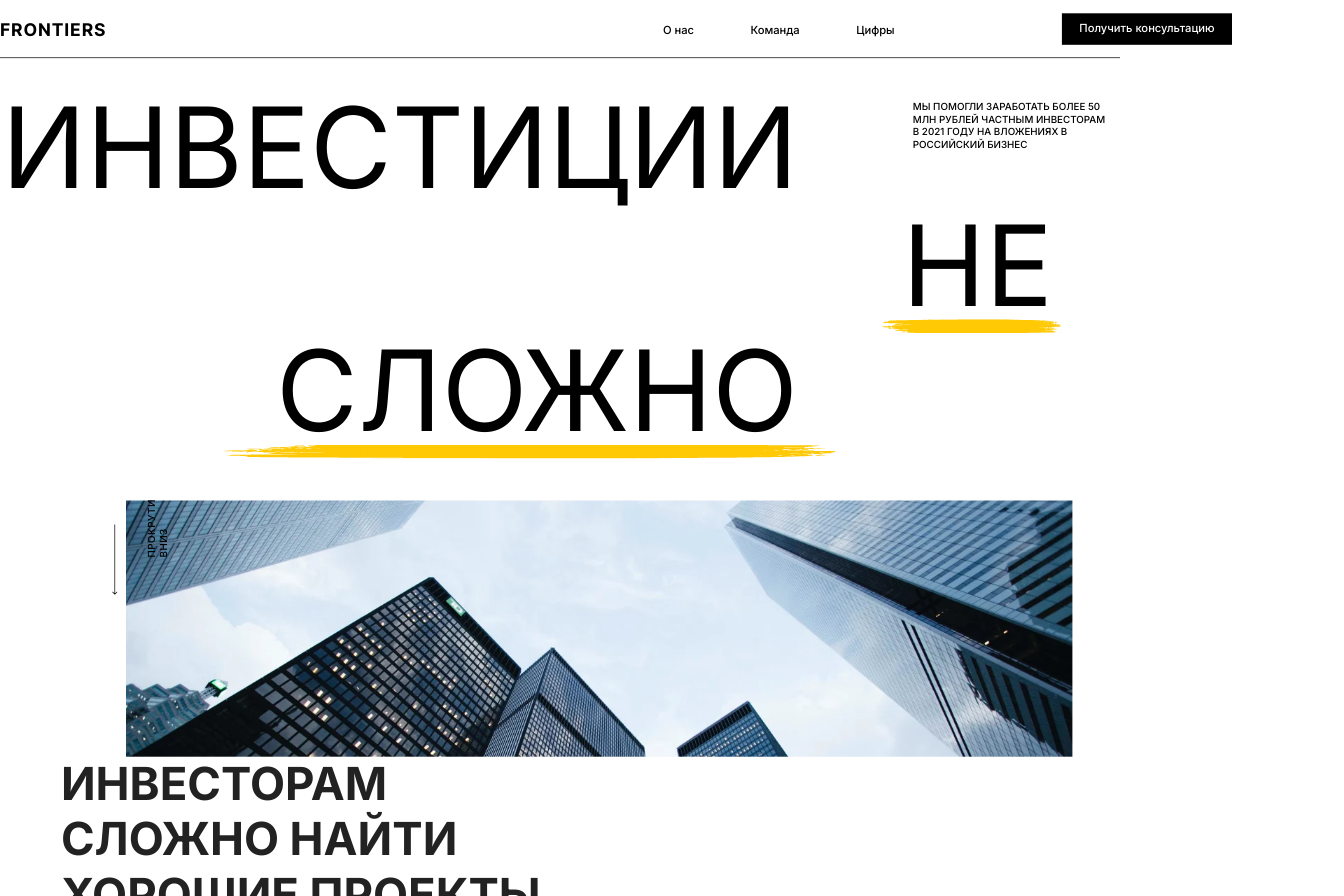
Repository: NadyaKorvin/frontiers
Page: /
The author's editor kept a copy of each file at every save. The page is drawn from the files as they stood at one save, then again after the next save.
The browser window is 1280 px wide. The page is 1920 px wide, so the pictures cover 1920 px, including what lies to the right of the window. The pictures show the part of the page from y = 0 to 1280 px (the page is 2633 px tall), at 70% of full size.
The project was rebuilt for these pictures with package versions that can differ from the ones it lists, and the page was loaded fresh each time.

Above is the page before, as saved 2022-05-26 16:37:55.

### public/index.html
<!DOCTYPE html>
<html lang="en">
  <head>
    <meta charset="utf-8" />
    <link rel="icon" href="%PUBLIC_URL%/favicon.ico" />
    <meta name="viewport" content="width=device-width, initial-scale=1" />
    <meta name="theme-color" content="#000000" />
    <meta name="description" content="Web site created using create-react-app" />
    <link rel="apple-touch-icon" href="%PUBLIC_URL%/logo192.png" />
    <link rel="manifest" href="%PUBLIC_URL%/manifest.json" />
    <link rel="preconnect" href="https://fonts.googleapis.com" />
    <link rel="preconnect" href="https://fonts.gstatic.com" crossorigin />
    <link href="https://fonts.googleapis.com/css2?family=Inter:wght@300;400;500;700&display=swap" rel="stylesheet" />
    <title>FRONTIERS</title>
  </head>
  <body>
    <noscript>You need to enable JavaScript to run this app.</noscript>
    <div id="root"></div>
  </body>
</html>

### src/index.js
import React from "react"
import ReactDOM from "react-dom/client"

import App from "./App"

const root = ReactDOM.createRoot(document.getElementById("root"))
root.render(
  <React.StrictMode>
    <App />
  </React.StrictMode>
)

### src/App.js
import { useState } from "react";
import "./App.css";
import { SecondScreenAnimation } from "./components/secondScreen/SecondScreenAnimation";
import FirstScreen from "./components/firstScreen/FirstScreen";
import LastScreen from "./components/lastScreen/LastScreen";

function App() {
  const [mousePosition, setMousePosition] = useState("");

  const listenUpperMousePosition = (event) => {
    console.log(event);
    console.log(event.target);
    setMousePosition(event.target);
  };

  return (
    <>
      <FirstScreen />
      <div className="App">
        <SecondScreenAnimation listenMousePosition={listenUpperMousePosition} />
      </div>
      <LastScreen />
    </>
  );
}
export default App;

### src/App.css
@import url("./reset.css");
@import url("./components/secondScreen/SecondScreen.css");
@import url("./font/font.css");
@import url("./components/firstScreen/FirstScreen.css");
@import url("./components/lastScreen/LastScreen.css");
@import url("./components/button/Button.css");
@import url("./components/form/Form.css");

body {
  font-family: "Inter";
}

### src/components/secondScreen/SecondScreenAnimation.js
export function SecondScreenAnimation({ listenMousePosition, mousePosition }) {
  let goUp = ""
  const goUpBlackLines = (mousePosition) => {
    if (mousePosition === "animation__text_first_part") {
      goUp = "up"
      return goUp
    }
  }
  goUpBlackLines(mousePosition)
  console.log(goUp)
  return (
    <div className="animation__text_block">
      {goUp != "up" ? (
        <div>
          <div className="animation__text" onMouseOver={listenMousePosition}>
            <p className="animation__text_first_part">Инвесторам сложно найти хорошие проекты,</p>
            <p className="animation__text_second_part">а хорошим проектам — инвестиции.</p>
          </div>
          <div className="animation__black_lines">
            <div className="animation__1th_black_line"></div>
            <div className="animation__2th_black_line"></div>
            <div className="animation__3th_black_line"></div>
          </div>
        </div>
      ) : (
        <div>
          <div className="animation__text" onMouseOver={listenMousePosition}>
            <p className="animation__text_first_part" style={{ color: "#fff" }}>
              Инвесторам сложно найти хорошие проекты,
            </p>
            <p className="animation__text_second_part" style={{ color: "#000" }}>
              а хорошим проектам — инвестиции.
            </p>
          </div>
          <div className="animation__black_lines">
            <div className="animation__1th_black_line" style={{ width: "484px", marginTop: "-475px" }}></div>
            <div className="animation__2th_black_line" style={{ width: "586px" }}></div>
            <div className="animation__3th_black_line" style={{ width: "722px" }}></div>
          </div>
        </div>
      )}
    </div>
  )
}

### src/components/firstScreen/FirstScreen.js
import React from "react";
import image from "./image.webp";

export default function firstScreen() {
  const pointer = (
    <svg
      width="8"
      height="101"
      viewBox="0 0 8 101"
      fill="none"
      xmlns="http://www.w3.org/2000/svg"
    >
      <path
        d="M4.35355 100.356C4.15829 100.551 3.84171 100.551 3.64645 100.356L0.464466 97.1735C0.269204 96.9783 0.269204 96.6617 0.464466 96.4664C0.659728 96.2712 0.976311 96.2712 1.17157 96.4664L4 99.2948L6.82843 96.4664C7.02369 96.2712 7.34027 96.2712 7.53553 96.4664C7.7308 96.6617 7.7308 96.9783 7.53553 97.1735L4.35355 100.356ZM3.5 100.002L3.5 0.00195312H4.5L4.5 100.002H3.5Z"
        fill="black"
      />
    </svg>
  );

  return (
    <>
      <section className="firstscreen">
        <header className="firstscreen__header">
          <div className="firstscreen__logotype">FRONTIERS</div>
          <div className="firstscreen__menu">
            <div className="firstscreen__nav">
              <nav className="firstscreen__nav_team">
                <ul>О нас</ul>
                <ul>Команда</ul>
                <ul>Цифры</ul>
              </nav>
            </div>
            <div className="firstscreen__button">
              <p className="firstscreen__text_btn">Получить консультацию</p>
            </div>
          </div>
        </header>
        <div className="firstscreen__content">
          <div className="firstscreen__content_left_text">
            <p>ИНВЕСТИЦИИ</p>
            <div>
              <p>СЛОЖНО</p>
              <div className="firstscreen__content_vector_complex" />
            </div>
          </div>
          <div className="firstscreen__content_rihgt_text">
            <div className="firstscreen__content_rihgt_text_up">
              <p>
                Мы помогли заработать более 50 млн рублей частным инвесторам в
                2021 году на вложениях в российский бизнес
              </p>
            </div>
            <div className="firstscreen__content_rihgt_text_down">
              <p>НЕ</p>
              <div className="firstscreen__content_vector_not" />
            </div>
          </div>
        </div>
        <div className="firstscreen__content_bottom_content">
          <div className="firstscreen__content_bottom_content_left">
            <div className="firstscreen__content_bottom_content_left_scrolldown">
              <p>ПРОКРУТИ ВНИЗ</p>
            </div>
            <div className="firstscreen__content_pointer">{pointer}</div>
          </div>
          <div className="firstscreen__content_bottom_content_right"></div>
          <img src={image} alt="" className="firstscreen__img" />
        </div>
      </section>
    </>
  );
}

### src/components/lastScreen/LastScreen.js
import React from "react";
import Form from "../form/Form"
import LogoKojo from "./LogoKojo"

export default function LastScreen() {
  return (
    <>
      <section className="lastscreen">
        <div className="lastscreen__wrapper">
          <div className="lastscreen__left_content">
            <p>
              ОТПРАВЬТЕ НАМ ЗАЯВКУ НА КОНСУЛЬТАЦИЮ И МЫ ПОДБЕРЕМ ДЛЯ ВАС
              НАИБОЛЕЕ ПОДХОДЯЩУЮ СТРАТЕГИЮ
            </p>
          </div>
          <div className="lastscreen__right_content">
            <div className="lastscreen__text_form">
              <p>ЗАПОЛНИТЕ ФОРМУ И МЫ С ВАМИ СВЯЖЕМСЯ В БЛИЖАЙШЕЕ ВРЕМЯ</p>
            </div>
            <Form />
          </div>
        </div>
        <footer className="lastscreen__footer">
          <div className="lastscreen__contact">
            <p>КОНТАКТЫ</p>
            <p>Санкт-Петербург, Невский пр-кт, 71 (5 этаж)</p>
            <p>+7 000 987 6543</p>
            <p><a href="mailto:info@frontiers.ru" >info@frontiers.ru</a></p>
          </div>
          <div className="lastscreen__design">
            <p>Дизайн и разработка</p>
            <LogoKojo />
          </div>
          <div className="lastscreen__frontiers">
            <p>FRONTIERS</p>
            <p>Политика конфиденциальности</p>
            <p>© 2022 Frontiers Group</p>
          </div>
        </footer>
      </section>
    </>
  );
}

### src/reset.css
html,
body,
div,
span,
applet,
object,
iframe,
h1,
h2,
h3,
h4,
h5,
h6,
p,
blockquote,
pre,
a,
abbr,
acronym,
address,
big,
cite,
code,
del,
dfn,
em,
img,
ins,
kbd,
q,
s,
samp,
small,
strike,
strong,
sub,
sup,
tt,
var,
b,
u,
i,
center,
dl,
dt,
dd,
ol,
ul,
li,
fieldset,
form,
label,
legend,
table,
caption,
tbody,
tfoot,
thead,
tr,
th,
td,
article,
aside,
canvas,
details,
embed,
figure,
figcaption,
footer,
header,
hgroup,
menu,
nav,
output,
ruby,
section,
summary,
time,
mark,
audio,
video {
  margin: 0;
  padding: 0;
  border: 0;
  font-size: 100%;
  font: inherit;
  vertical-align: baseline;
}

:focus {
  outline: 0;
}

article,
aside,
details,
figcaption,
figure,
footer,
header,
hgroup,
menu,
nav,
section {
  display: block;
}

body {
  line-height: 1;
}

ol,
ul {
  list-style: none;
}

blockquote,
q {
  quotes: none;
}

blockquote:before,
blockquote:after,
q:before,
q:after {
  content: "";
  content: none;
}

table {
  border-collapse: collapse;
  border-spacing: 0;
}

input[type="search"]::-webkit-search-cancel-button,
input[type="search"]::-webkit-search-decoration,
input[type="search"]::-webkit-search-results-button,
input[type="search"]::-webkit-search-results-decoration {
  -webkit-appearance: none;
  -moz-appearance: none;
}

input[type="search"] {
  -webkit-appearance: none;
  -moz-appearance: none;
  -webkit-box-sizing: content-box;
  -moz-box-sizing: content-box;
  box-sizing: content-box;
}

textarea {
  overflow: auto;
  vertical-align: top;
  resize: vertical;
}

[hidden] {
  display: none;
}

html {
  font-size: 100%; /* 1 */
  -webkit-text-size-adjust: 100%; /* 2 */
  -ms-text-size-adjust: 100%; /* 2 */
}

a:focus {
  outline: thin dotted;
}

a:active,
a:hover {
  outline: 0;
}

img {
  border: 0;
  -ms-interpolation-mode: bicubic;
}

figure {
  margin: 0;
}

form {
  margin: 0;
}

fieldset {
  border: 1px solid #c0c0c0;
  margin: 0 2px;
  padding: 0.35em 0.625em 0.75em;
}

legend {
  border: 0; /* 1 */
  padding: 0;
  white-space: normal; /* 2 */
  *margin-left: -7px; /* 3 */
}

button,
input,
select,
textarea {
  font-size: 100%; /* 1 */
  margin: 0; /* 2 */
  vertical-align: baseline; /* 3 */
  *vertical-align: middle; /* 3 */
}

button,
input {
  line-height: normal;
}

button,
select {
  text-transform: none;
}

button,
html input[type="button"], /* 1 */
input[type="reset"],
input[type="submit"] {
  -webkit-appearance: button; /* 2 */
  cursor: pointer; /* 3 */
  *overflow: visible; /* 4 */
}

button[disabled],
html input[disabled] {
  cursor: default;
}

input[type="checkbox"],
input[type="radio"] {
  box-sizing: border-box; /* 1 */
  padding: 0; /* 2 */
  *height: 13px; /* 3 */
  *width: 13px; /* 3 */
}

input[type="search"] {
  -webkit-appearance: textfield; /* 1 */
  -moz-box-sizing: content-box;
  -webkit-box-sizing: content-box; /* 2 */
  box-sizing: content-box;
}

input[type="search"]::-webkit-search-cancel-button,
input[type="search"]::-webkit-search-decoration {
  -webkit-appearance: none;
}

button::-moz-focus-inner,
input::-moz-focus-inner {
  border: 0;
  padding: 0;
}

textarea {
  overflow: auto; /* 1 */
  vertical-align: top; /* 2 */
}

table {
  border-collapse: collapse;
  border-spacing: 0;
}

html,
button,
input,
select,
textarea {
  color: #222;
}

::-moz-selection {
  background: #b3d4fc;
  text-shadow: none;
}

::selection {
  background: #b3d4fc;
  text-shadow: none;
}

img {
  vertical-align: middle;
}

fieldset {
  border: 0;
  margin: 0;
  padding: 0;
}

textarea {
  resize: vertical;
}

.chromeframe {
  margin: 0.2em 0;
  background: #ccc;
  color: #000;
  padding: 0.2em 0;
}

### src/components/secondScreen/SecondScreen.css
.second__screen {
  display: flex;
  justify-content: space-between;
  margin: 0 auto;
  margin-top: 174px;
  /* придкмать решение сделать по центру*/
  display: flex;
  width: 1600px;
  height: 733px;
}

.animation__text_block {
  display: block;
  margin-left: 87px;
}

.animation__text_first_part,
.animation__text_second_part {
  width: 770px;
  text-transform: uppercase;
  font-size: 65px;
  font-weight: 700;
  line-height: 79px;
  transition: 0.6s ease-out;
}

.animation__text_second_part {
  color: #fff;
}

.animation__black_lines {
  margin-left: -10px;
  margin-top: -236px;
}

.animation__1th_black_line {
  margin-bottom: 5px;
  height: 75px;
  width: 444px;
  background-color: #000;
  transition: 0.6s ease-out;
}

.animation__2th_black_line {
  margin-bottom: 5px;
  height: 75px;
  width: 475px;
  background-color: #000;
  transition: 0.6s ease-out;
}
.animation__3th_black_line {
  height: 75px;
  width: 502px;
  background-color: #000;
  transition: 0.6s ease-out;
}

.right__part {
  display: flex;
  margin-left: 190px;
  flex-direction: column;
}

.conversation__image {
  margin-right: 222px;
  display: block;
  width: 400px;
  height: 400px;
  background: url("../secondScreen/people.png");
}

.decoration_marks {
  margin-top: -110px;
  transform: rotate(-180deg);
  font-size: 200px;
  font-weight: 300;
}

.text_paragraph {
  margin-left: 90px;
  width: 431px;
  font-size: 18px;
  font-weight: 400;
  line-height: 23px;
  text-transform: uppercase;
  line-height: 130%;
}

### src/font/font.css
@font-face {
  font-family: "Inter";
  src:
    url("./Inter-Bold.ttf") format("truetype")
    url("./Inter-Bold.woff2") format("woff2"),
    url("./Inter-Bold.woff") format("woff");
  font-weight: 700;
  font-style: normal;
  font-stretch: normal;
  unicode-range: U+0020-E0D0;
}

@font-face {
  font-family: "Inter";
  src:
    url("./Inter-Regular.woff2") format("woff2"),
    url("./Inter-Regular.ttf") format("truetype")
    url("./Inter-Regular.woff") format("woff");
  font-weight: 400;
  font-style: normal;
  font-stretch: normal;
  unicode-range: U+0020-E0D0;
}

@font-face {
    font-family:'Inter Medium';
    src:
        url("./Inter-Medium.ttf") format("truetype")
        url('Inter-Medium.woff2') format('woff2'),
		url('Inter-Medium.woff') format('woff');
    font-weight: 500;
    font-style: normal;
    font-stretch: normal;
    unicode-range: U+0020-E0D0;
}

@font-face {
    font-family:'Inter Light';
    src:
        url("./Inter-Light.ttf") format("truetype")
        url('Inter-Light.woff2') format('woff2'),
		url('Inter-Light.woff') format('woff');
    font-weight: 300;
    font-style: normal;
    font-stretch: normal;
    unicode-range: U+0020-E0D0;
}

### src/components/firstScreen/FirstScreen.css
.firstscreen {
  height: 1080px;
}

.firstscreen__header {
  width: 1600px;
  height: 82px;
  margin: 0 auto;
  border-bottom: 1px solid #000000;
  display: flex;
  justify-content: space-between;
}

.firstscreen__logotype {
  width: 151px;
  height: 30px;
  padding-top: 27px;
  font-family: "Inter";
  font-style: normal;
  font-weight: 700;
  font-size: 25px;
  line-height: 30px;
  letter-spacing: 0.05em;
  color: #000000;
}

.firstscreen__menu {
  padding-top: 33px;
  width: 653px;
  display: flex;
  justify-content: space-between;
}

.firstscreen__nav {
  width: 331px;
}

.firstscreen__nav_team {
  display: flex;
  justify-content: space-between;

  font-family: "Inter";
  font-style: normal;
  font-weight: 500;
  font-size: 16px;
  line-height: 19px;

  color: #000000;
}

.firstscreen__button {
  position: absolute;
  width: 243px;
  height: 45px;
  left: 1517px;
  top: 19px;
  background: #000000;
}

.firstscreen__text_btn {
  padding-top: 12px;
  padding-bottom: 12px;
  font-family: "Inter";
  font-style: normal;
  font-weight: 500;
  font-size: 16px;
  line-height: 19px;
  text-align: center;
  color: #ffffff;
}

.firstscreen__content {
  margin: 0 auto;
  width: 1600px;
  margin-top: 30px;
  display: flex;
}

.firstscreen__content_left_text {
  width: 1140px;
  height: 542px;
  display: flex;
  flex-direction: column;
  justify-content: space-between;
  text-align: end;
  font-family: "Inter";
  font-style: normal;
  font-weight: 400;
  font-size: 160px;
  line-height: 194px;
  text-transform: uppercase;
  color: #000000;
}

.firstscreen__content_vector_complex {
  margin-top: -20px;
  margin-left: 320px;
  width: 874px;
  height: 20px;
  background: url("./complex.svg");
}

.firstscreen__content_rihgt_text {
  margin-top: 30px;
  margin-left: 164px;
  width: 279px;
  height: 332px;
}

.firstscreen__content_rihgt_text_up {
  font-family: "Inter";
  font-style: normal;
  font-weight: 500;
  font-size: 14px;
  line-height: 130%;
  text-transform: uppercase;
  color: #000000;
}

.firstscreen__content_rihgt_text_down {
  margin-top: 66px;
  margin-left: -15px;
  width: 215px;
  height: 194px;
  font-family: "Inter";
  font-style: normal;
  font-weight: 400;
  font-size: 160px;
  line-height: 194px;
  text-transform: uppercase;
  color: #000000;
}

.firstscreen__content_vector_not {
  margin-top: -20px;
  margin-left: -30px;
  width: 256px;
  height: 20px;
  background: url(./not.svg);
}

.firstscreen__content_bottom_content {
  margin-top: 60px;
  margin-left: 160px;
  display: flex;
  justify-content: space-between;
}

.firstscreen__content_bottom_content_left {
  width: 20px;
}

.firstscreen__content_bottom_content_left_scrolldown {
  width: 129px;
  font-family: "Inter";
  font-style: normal;
  font-weight: 500;
  font-size: 14px;
  line-height: 17px;
  letter-spacing: 0.05em;
  color: #000000;
  transform: rotate(-90deg);
}

.firstscreen__img {
  width: 1352px;
  height: 366px;
}

### src/components/lastScreen/LastScreen.css
.lastscreen {
  width: 1920px;
  height: 1080px;
}

.lastscreen__wrapper {
  position: relative;
  top: 109px;
  left: 170px;
  display: flex;
  justify-content: space-between;
  width: 1590px;
  height: 553px;
}

.lastscreen__left_content {
  position: relative;
  width: 775px;
  height: 553px;
  box-sizing: border-box;
  font-family: "Inter";
  font-style: normal;
  font-weight: 700;
  font-size: 65px;
  line-height: 79px;
  text-transform: uppercase;
  color: #000000;
}

.lastscreen__right_content {
  position: relative;
  width: 529px;
  height: 553px;
}

.lastscreen__text_form {
  width: 529px;
  height: 46px;
  left: 1231px;
  top: 4438px;
  font-family: "Inter";
  font-style: normal;
  font-weight: 400;
  font-size: 18px;
  line-height: 130%;
  text-transform: uppercase;
  color: #000000;
}

.lastscreen__footer {
  position: relative;
  margin: 308px 160px 0;
  width: 1600px;
  border-top: 1px solid #000000;
  bottom: 0px;
  display: flex;
  justify-content: space-between;
}

.lastscreen__contact {
  width: 357px;
}

.lastscreen__contact > p:nth-child(1) {
  padding: 33px 0 20px;
  font-family: "Inter";
  font-style: normal;
  font-weight: 700;
  font-size: 25px;
  line-height: 30px;
  color: #000000;
}

.contact > p:nth-child(2),
.contact > p:nth-child(3),
.contact > p:nth-child(4) {
  padding-bottom: 15px;
}

.design {
  padding-top: 150px;
  width: 260px;
  display: flex;
  margin-left: -80px;
  justify-content: space-between;
}

.frontiers {
  width: 250px;
  text-align: end;
}

.lastscreen__frontiers > p:nth-child(1) {
    padding: 30px 0 57px;
    font-family: "Inter";
    font-style: normal;
    font-weight: 700;
    font-size: 25px;
    line-height: 30px;
    color: #000000;
  }

.lastscreen__frontiers > p:nth-child(2),
.lastscreen__frontiers > p:nth-child(3) {
    padding-bottom: 15px;
}

a {
    text-decoration: none;
    color: #000000;
}

### src/components/button/Button.css
.form__button {
  position: relative;
  display: block;
  width: 243px;
  height: 55px;
  font-family: "Inter";
  font-size: 16px;
  background-color: #000000;
  border: 0;
  text-align: center;
  cursor: pointer;
  font-family: "Inter";
  font-style: normal;
  font-weight: 500;
  font-size: 16px;
  line-height: 19px;
  color: #ffffff;
}

### src/components/form/Form.css
.form {
  margin-top: 60px;
  width: 529px;
  height: 355px;
  border-top: 1px solid #d1d1d1;
}

.form__input,
.form__textarea {
  width: 529px;
  height: 80px;
  border: 0;
  outline: none;
  font-size: 18px;
  color: #000000;
  text-transform: uppercase;
}

.form__textarea {
  height: 80px;
  line-height: 80px;
  overflow: hidden;
  /* resize: none; */
}

.form__borders {
  border-bottom: 1px solid #d1d1d1;
}

.form__consent {
  display: -webkit-box;
  display: -ms-flexbox;
  display: flex;
  margin: 30px 0 0;
}

.form__policy_text {
  margin-top: 15px;
  margin-left: 15px;
  width: 250px;
  height: 40px;
  box-sizing: border-box;
  font-family: "Inter";
  font-style: normal;
  font-weight: 400;
  font-size: 13px;
  line-height: 150%;
  color: #787878;
}

.form__checkbox {
  opacity: 0;
  width: 0;
}

.form__checkfake {
  margin: 15px 0;
  display: block;
  width: 15px;
  height: 15px;
  border: 1px solid #1f1f1f;
  cursor: pointer;
}

.form__checkfake::before {
  content: "";
  position: absolute;
  display: block;
  width: 14px;
  height: 14px;
  background: url("./checkmark.svg");
  opacity: 0;
}

.form__checkbox:checked + .form__checkfake::before {
  opacity: 1;
}

.form__focus {
  text-transform: uppercase;
  color: #ff0000;
  margin-bottom: 10px;
  font-size: 13px;
}

.form__focus_consent {
  position: relative;
  top: 10px;
  text-transform: uppercase;
  color: #ff0000;
  font-size: 13px;
}

.form__btn {
    margin-top: 14px;
  position: relative;
  overflow: hidden;
}

### src/components/button/Button.js
import React from "react";

export default function Button({ title }) {
  return (
    <>
      <button className="form__button" >
        {title}
      </button>
    </>
  );
}

Loaded but not shown: src/components/lastScreen/LogoKojo.js (76 lines, source omitted); src/components/form/Form.js (142 lines, source omitted)

After the next save:
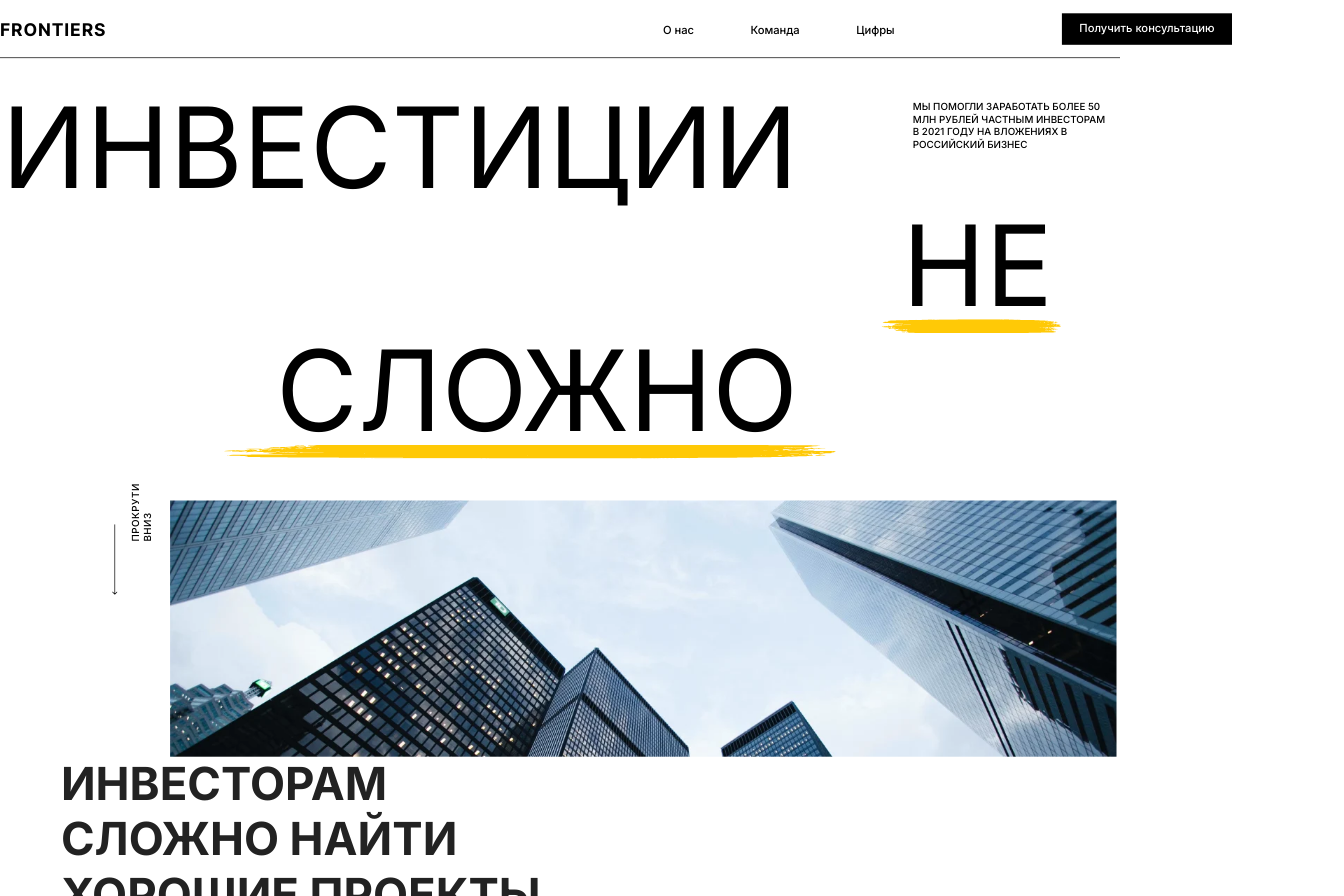
Saved 14 s later.
--- a/src/components/firstScreen/FirstScreen.css
+++ b/src/components/firstScreen/FirstScreen.css
@@ -147,11 +147,10 @@
 }
 
 .firstscreen__content_bottom_content_left {
-  width: 20px;
+  width: 129px;
 }
 
 .firstscreen__content_bottom_content_left_scrolldown {
-  width: 129px;
   font-family: "Inter";
   font-style: normal;
   font-weight: 500;
